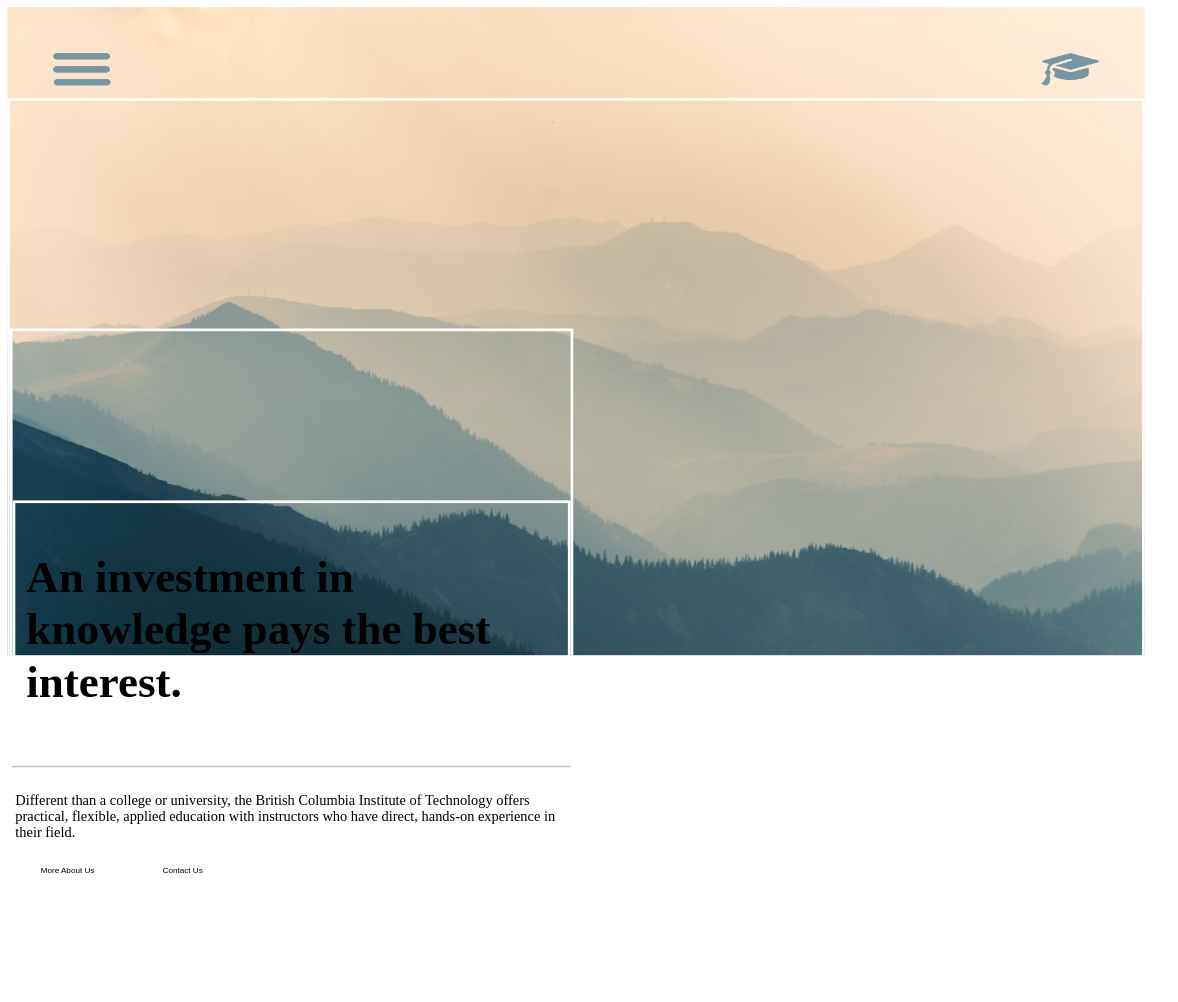
Repository: sierralaurent/MDIA2109-Assignment01
Page: /
The author's editor kept a copy of each file at every save. The page is drawn from the files as they stood at one save, then again after the next save.
The browser window is 1280 px wide. The page is 1309 px wide, so the pictures cover 1309 px, including what lies to the right of the window. The pictures show the whole page, at 90% of full size.
The project was rebuilt for these pictures with package versions that can differ from the ones it lists, and the page was loaded fresh each time. The framework's server and built-in components were replaced by stand-ins that run in the browser. Also part of the build but not shown: next.config.js.

Above is the page before, as saved 2023-02-05 12:40:05.

### pages/index.js
import Head from 'next/head'
import Image from 'next/image'
import { Inter } from '@next/font/google'
import styles from '@/styles/Home.module.css'
import Link from 'next/link'


const inter = Inter({ subsets: ['latin'] })

export default function Home() {
  return (
    <>
    <nav>
      <Head>
        <title>Home</title>
        <meta name="author" content="MDIA 2109" />
        <meta property="og:title" content="Assignment #1 - Home Page" />
        <meta property="og:description" content="BCIT Digital Design and Development Diploma" />
        <link rel="icon" href="/favicon.png" />
        </Head>
        <main className={styles.main} >
          <div className={styles.nav}>
            <img src="icons/menu-icon.png" className={styles.icon1}/>
            <img src="icons/graduation-hat.png" className={styles.icon2}/>
          </div>
          <div className={styles.middle}>
            <div className={styles.middleintro}>
            <div className={styles.intro}>
            <h1>An investment in knowledge pays the best interest.</h1>
            </div>
            <hr></hr>
            <div className={styles.intro2}>
            <p>Different than a college or university, the British Columbia Institute of Technology offers practical, flexible, applied education with instructors who have direct, hands-on experience in their field.</p>
            </div>
            </div>

            <div className={styles.buttons}>
            <Link href="/about">
          <button className={styles.butt}>More About Us</button>
        </Link>
        <Link href="/contact">
        <button className={styles.butt}>Contact Us</button>
        </Link>
            </div>
            </div>
          <div className={styles.bottom}>
            <a href="/about">
              <span className={styles.icon3}>
                <img src="icons/downwardArrow.png"/>
              </span>
            </a>
          </div>
        </main>
    </nav>
    </>
  )
}

### styles/Home.module.css
.main {
  background-image: url('../public/background-images/backgroundMountain.jpg');
  background-size: cover;
  height: 100vh;
}

.nav {
  padding: 4%;
}

.buttons {

  bottom: 6rem;
  left: 1rem;
}

.butt {
  border: 3px solid white;
  border-radius: 8%;
  background-color: transparent;
  width: 10vw;
  height: 2.5vh;
  max-width: 15vw;
  max-height: 5vh;
  font-size: 1.25vh;

}

.butt:hover {
  background-color: white;
  color: black;
}

.intro {
  display: flex;
  border: 3px solid white;

}

.intro2 {
  display: flex;
  justify-content: left;
  flex-direction: row;
  border: 3px solid white;

}

.intro h1 {
  font-size: 50px;
  padding: 2%;
  flex-direction: row;
}
.intro p {
  font-size: 22px;
  padding: 2%;
  flex-direction: row;
}

.middleintro {
  border: 3px solid white;
  padding-top: 30%;
}

.middle {
  border: 3px solid white;
  display: flex;
  flex-direction: column;
  justify-content: left;
  align-items: left;
  padding-top: 20%;
  padding-right: 50%;
}

.icon1 {
  width: 5vw;
  height: 5vh;
  float: left;
}

.icon2 {
  width: 5vw;
  height: 5vh;
  float: right;
}

.icon3 {
  width: 5vw;
  height: 5vh;
  float: right;
}

.bottom {

  bottom: 10rem;
  right: 5rem;
}

/* Desktop */
@media only screen and (min-width: 1000px) {

}


/* Tablet or iPad Air */
@media only screen and (min-width: 600px) and (max-width: 999px ) {

}

/* Mobile or iPhone XR */
@media only screen and (max-width: 599px ) {

}

Loaded but not shown: pages/_document.js (common file); pages/api/hello.js (common file)

After the next save:
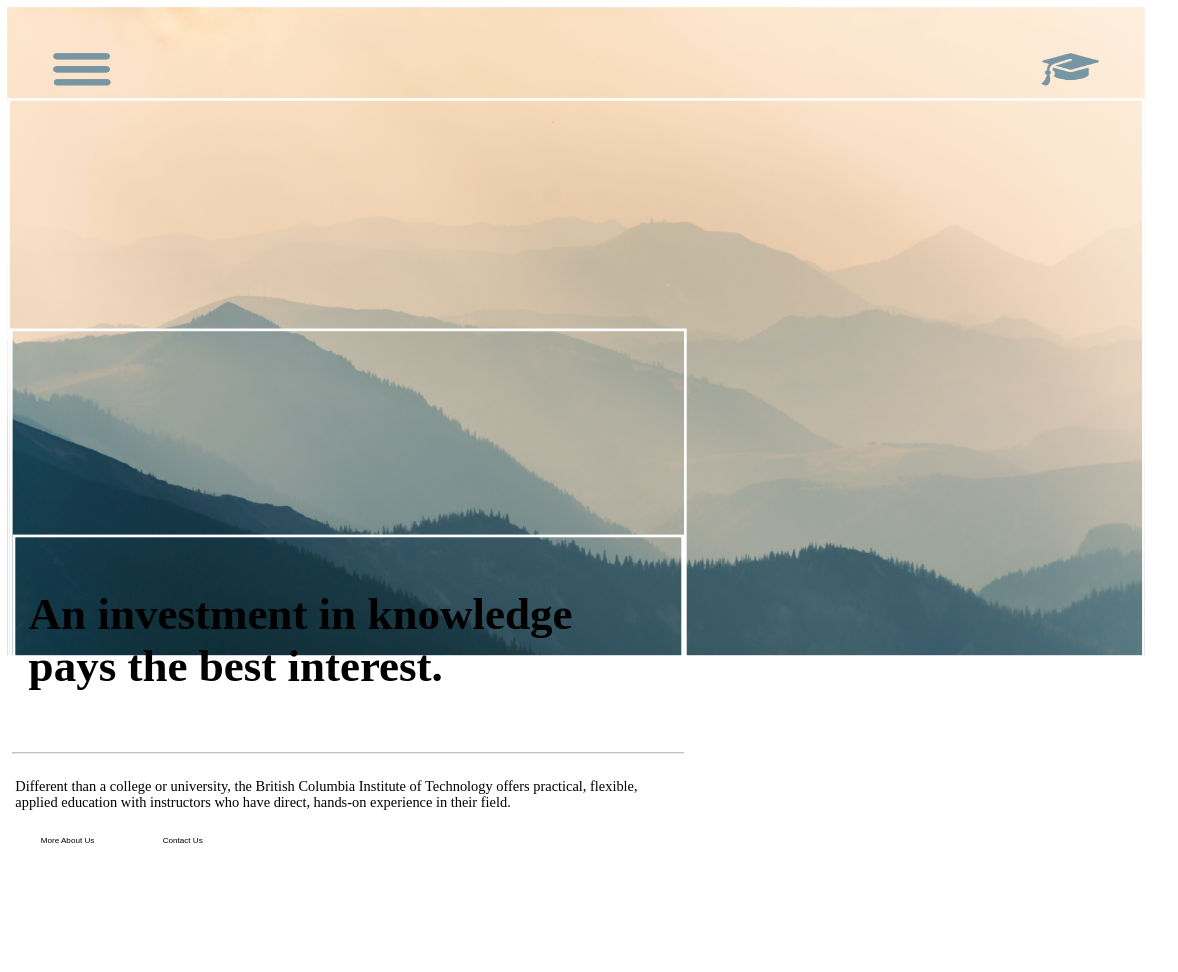
Saved 22 s later.
--- a/styles/Home.module.css
+++ b/styles/Home.module.css
@@ -68,7 +68,7 @@
   justify-content: left;
   align-items: left;
   padding-top: 20%;
-  padding-right: 50%;
+  padding-right: 40%;
 }
 
 .icon1 {
